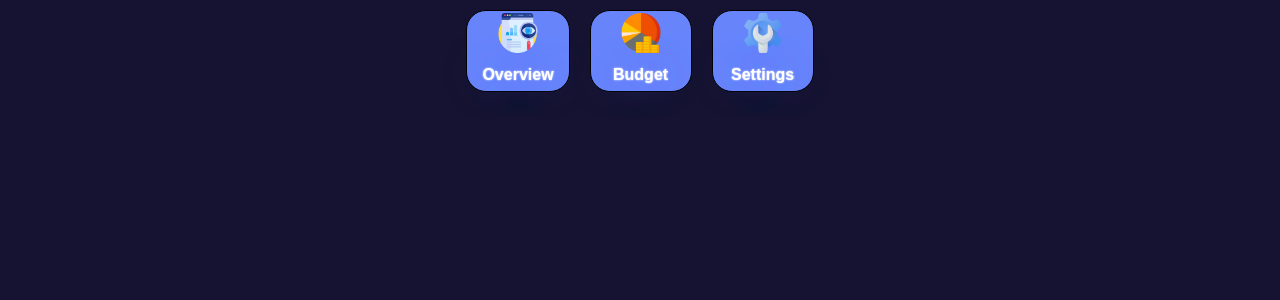
Repository: Minkeani/Money-Manager
Page: /
The author's editor kept a copy of each file at every save. The page is drawn from the files as they stood at one save, then again after the next save.
The browser window is 1280 px wide. The pictures show the whole page.
The project was rebuilt for these pictures with package versions that can differ from the ones it lists, and the page was loaded fresh each time.

Above is the page before, as saved 2022-07-12 19:56:18.

### src/index.js
import React from 'react';
import ReactDOM from 'react-dom/client';
import './styles/index.css'
import App from './App';

const root = ReactDOM.createRoot(document.getElementById('root'));
root.render(
    <App />
);

### src/styles/index.css
:root {
  --color-theme: #161231;
	--color-white: #fff;
	--color-black: #000;
	--color-dark-gray: #10100e;
	--color-yellow: #ffff00;
	--color-blue: #6884fb;
	--color-red: #f75d83;
	--font-bold: 600;
	--color-violet: #ae72c2;
	--text-shadow-yellow:
		0 0 2px var(--color-white),
		0 0 40px var(--color-blue);

	--spacing-medium: 20px;

	--spacing-small: 10px;

	--spacing-ultra-small: 5px;

	--spacing-large: 30px;

	--font-family-main: sans-serif;

	--border-radius-small: 3px;

	--border-radius-medium: 5px;

	--margin-list: 7px;

	--font-size-main: 16px;

	--font-size-header: 26px;

	--font-size-subheader: 18px;

	/* Theme */
	--theme-light-header: #dfe2df;

	--theme-dark-header: #ca6ca6;

	--theme-neitral-header: #cccc46;

	--theme-default-header: var(--theme-neitral-header);

	--transition: .4s;

	--theme-light-bg-img: linear-gradient(to top, #b7b7b7, #a396b0, #9a72a0, #984986, #960062);

	--theme-dark-bg-img:  linear-gradient(to top, #6a2b60, #532143, #3b192b, #221118, #000000);

	--width-max: 1200px

}
body {
  margin: 0;
	padding: 0;
	background-color: var(--color-theme);
  font-family: -apple-system, BlinkMacSystemFont, 'Segoe UI', 'Roboto', 'Oxygen',
    'Ubuntu', 'Cantarell', 'Fira Sans', 'Droid Sans', 'Helvetica Neue',
    sans-serif;
  -webkit-font-smoothing: antialiased;
  -moz-osx-font-smoothing: grayscale;
}

code {
  font-family: source-code-pro, Menlo, Monaco, Consolas, 'Courier New',
    monospace;
}

### src/App.js
import './App.css';
import Header from './components/Header/Header';

function App() {
  return (
    <div className="App">
      <Header/>
    </div>
  );
}

export default App;

### src/App.css
.App {
  text-align: center;
  display: flex;
  justify-content: center;
  align-items: center;
  margin: 0 auto;
}

.App-logo {
  height: 40vmin;
  pointer-events: none;
}

@media (prefers-reduced-motion: no-preference) {
  .App-logo {
    animation: App-logo-spin infinite 20s linear;
  }
}

.App-header {
  background-color: #282c34;
  min-height: 100vh;
  display: flex;
  flex-direction: column;
  align-items: center;
  justify-content: center;
  font-size: calc(10px + 2vmin);
  color: white;
}

.App-link {
  color: #61dafb;
}

@keyframes App-logo-spin {
  from {
    transform: rotate(0deg);
  }
  to {
    transform: rotate(360deg);
  }
}

### src/components/Header/Header.jsx
import React from 'react'
import styles from './Header.module.css'
import Link from 'react-router-dom'
import Budget from '../../icons/budget.svg'
import overview from '../../icons/Overview.svg'
import settings from '../../icons/settings.svg'


export default function Header() {
  return (
    <div className={styles.container}>
    <ul className={styles.list__container}>
        <li>
            <img src={overview} alt="" />
            <a to='/Overview' exact='true' >Overview</a>
        </li>
        <li>
            <img src={Budget} alt="" />
            <a to='/Budget' exact='true' >Budget</a></li>
        <li>
            <img src={settings} alt="" />
            <a ato="/Settings" exact='true'>Settings</a></li>
    </ul>

    </div>
  )
}

### src/components/Header/Header.module.css
.container {
    display: flex;
    align-items: center;
    margin-bottom: var(--spacing-large);
}
.list__container {
    display: flex;
    flex-wrap: wrap;
    margin: 0;
    padding: 0;
    list-style-type: none;

}

.list__container li {
    background-color: var(--color-blue);
    border: 1px solid black;
    margin: 10px;
    border-radius: 20px;
    cursor: pointer
}

.list__container li:hover {
    background-color: var(--color-violet);

}
.list__container a {
    display: block;
    margin: 0 10px;
    padding: 5px 3px;
    min-width: 70px;
    border: 2px solid transparent;
    border-radius: var(--border-radius-small);
    color: var(--color-white);
    text-align: center;
    font-family: var(--font-family-main);
    text-decoration: none;
    font-weight: var(--font-bold);
    text-shadow: var(--text-shadow-yellow);
    transition: var(--transition);
}

.list__container img {
    height: 2.5rem;
    margin: 0.1375rem;
    width: 2.5rem;
}
.list__container :global(a.active) {
    border: 2px solid var(--color-violet);
    color: var(--color-violet);
    text-shadow: none;
}

.logo {
    width: 60px;
    height: 60px;
    margin-right: var(--spacing-large);
    object-fit: cover;
    object-position: center center;
}

Loaded but not shown: public/index.html (common file)

After the next save:
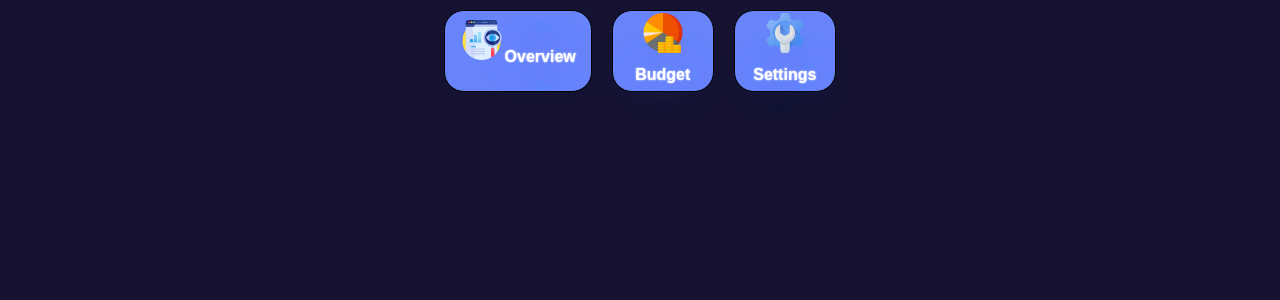
Saved 30 s later.
--- a/src/components/Header/Header.jsx
+++ b/src/components/Header/Header.jsx
@@ -11,8 +11,10 @@
     <div className={styles.container}>
     <ul className={styles.list__container}>
         <li>
-            <img src={overview} alt="" />
-            <a to='/Overview' exact='true' >Overview</a>
+
+            <a to='/Overview' exact='true' >
+                 <img src={overview} alt="" />
+                Overview</a>
         </li>
         <li>
             <img src={Budget} alt="" />

After the save that followed:
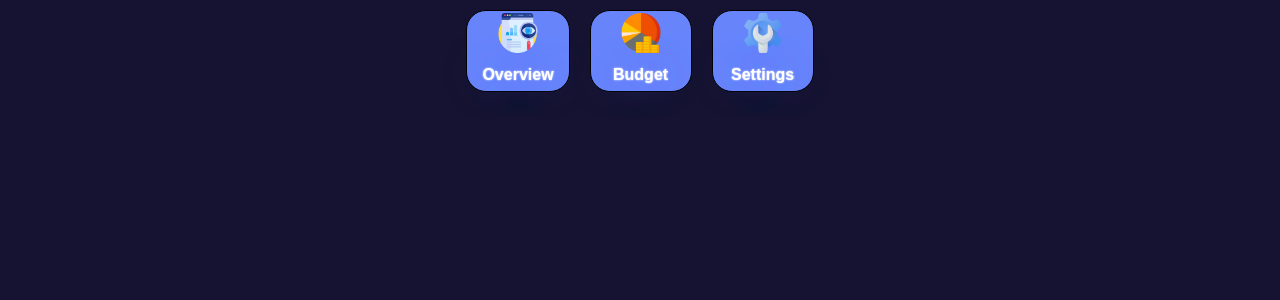
Saved 40 s later.
--- a/src/components/Header/Header.jsx
+++ b/src/components/Header/Header.jsx
@@ -11,9 +11,8 @@
     <div className={styles.container}>
     <ul className={styles.list__container}>
         <li>
-
+            <img src={overview} alt="" />
             <a to='/Overview' exact='true' >
-                 <img src={overview} alt="" />
                 Overview</a>
         </li>
         <li>
